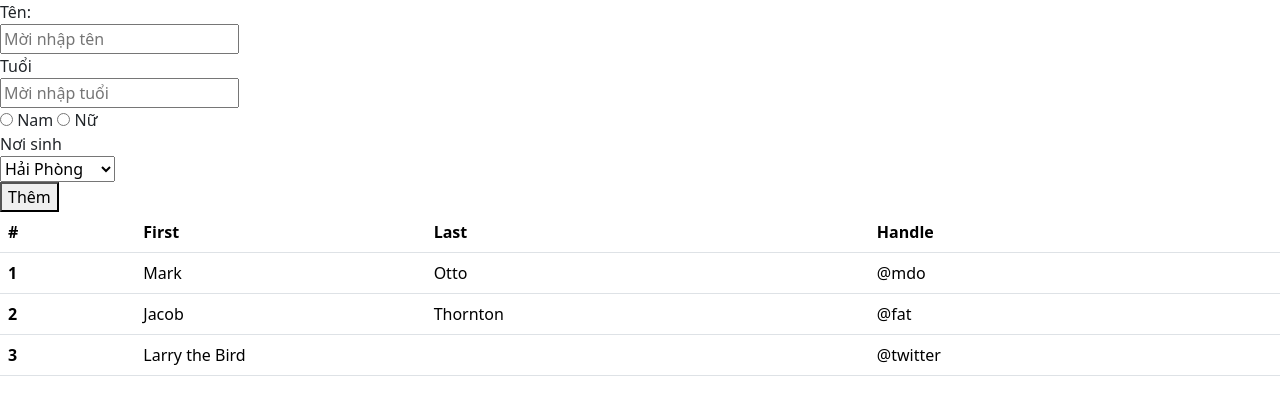
Repository: HieuNT-2001/JAVA-3---SOF203
Page: http://localhost/HocJava4/FormServlet
These files come from the project's save history. The page is drawn as it stood at one moment and after the next save; the edit follows.
The browser window is 1280 px wide. The pictures show the whole page.
The page is served by Tomcat 10. Other server files are loaded and not shown.

Above is the page before, as saved 2024-09-28 04:13:25.

### HocJava4/src/main/webapp/views/Form.jsp
<%@ page language="java" contentType="text/html; charset=UTF-8"
	pageEncoding="UTF-8"%>
<!DOCTYPE html>
<html>
<head>
<meta charset="UTF-8">
<meta name="viewport" content="width=device-width, initial-scale=1">
<title>Insert title here</title>
<link
	href="https://cdn.jsdelivr.net/npm/bootstrap@5.3.3/dist/css/bootstrap.min.css"
	rel="stylesheet"
	integrity="sha384-QWTKZyjpPEjISv5WaRU9OFeRpok6YctnYmDr5pNlyT2bRjXh0JMhjY6hW+ALEwIH"
	crossorigin="anonymous">
</head>
<body>
	<form action="">
		<div>
			<label>Tên:</label>
		</div>

		<div>
			<input placeholder="Mời nhập tên" type="text" name="ten">
		</div>

		<div>
			<label>Tuổi</label>
		</div>

		<div>
			<input placeholder="Mời nhập tuổi" type="number" name="tuoi">
		</div>

		<div>
			<input type="radio" name="gioitinh" value="1"> Nam <input
				type="radio" name="gioitinh" value="2"> Nữ
		</div>

		<div>
			<label>Nơi sinh</label>
		</div>

		<div>
			<select>
				<option value="1">Hải Phòng</option>
				<option value="2">Hà Nội</option>
				<option value="3">Hồ Chí Minh</option>
				<option value="4">Cần Thơ</option>
				<option value="5">Đà Nẵng</option>
			</select>
		</div>

		<button type="submit">Thêm</button>
	</form>

	<table class="table">
		<thead>
			<tr>
				<th scope="col">#</th>
				<th scope="col">First</th>
				<th scope="col">Last</th>
				<th scope="col">Handle</th>
			</tr>
		</thead>
		<tbody>
			<tr>
				<th scope="row">1</th>
				<td>Mark</td>
				<td>Otto</td>
				<td>@mdo</td>
			</tr>
			<tr>
				<th scope="row">2</th>
				<td>Jacob</td>
				<td>Thornton</td>
				<td>@fat</td>
			</tr>
			<tr>
				<th scope="row">3</th>
				<td colspan="2">Larry the Bird</td>
				<td>@twitter</td>
			</tr>
		</tbody>
	</table>

	<script
		src="https://cdn.jsdelivr.net/npm/bootstrap@5.3.3/dist/js/bootstrap.bundle.min.js"
		integrity="sha384-YvpcrYf0tY3lHB60NNkmXc5s9fDVZLESaAA55NDzOxhy9GkcIdslK1eN7N6jIeHz"
		crossorigin="anonymous"></script>
</body>
</html>

### HocJava4/src/main/java/controllers/FormServlet.java
package controllers;

import jakarta.servlet.ServletException;
import jakarta.servlet.annotation.WebServlet;
import jakarta.servlet.http.HttpServlet;
import jakarta.servlet.http.HttpServletRequest;
import jakarta.servlet.http.HttpServletResponse;
import java.io.IOException;

/**
 * Servlet implementation class FormServlet
 */
@WebServlet("/FormServlet")
public class FormServlet extends HttpServlet {
	private static final long serialVersionUID = 1L;

    /**
     * @see HttpServlet#HttpServlet()
     */
    public FormServlet() {
        super();
        // TODO Auto-generated constructor stub
    }

	/**
	 * @see HttpServlet#doGet(HttpServletRequest request, HttpServletResponse response)
	 */
	protected void doGet(HttpServletRequest request, HttpServletResponse response) throws ServletException, IOException {
		// TODO Auto-generated method stub
		request.getRequestDispatcher("views/Form.jsp").forward(request, response);
	}

	/**
	 * @see HttpServlet#doPost(HttpServletRequest request, HttpServletResponse response)
	 */
	protected void doPost(HttpServletRequest request, HttpServletResponse response) throws ServletException, IOException {
		// TODO Auto-generated method stub
		doGet(request, response);
	}

}

After the next save:
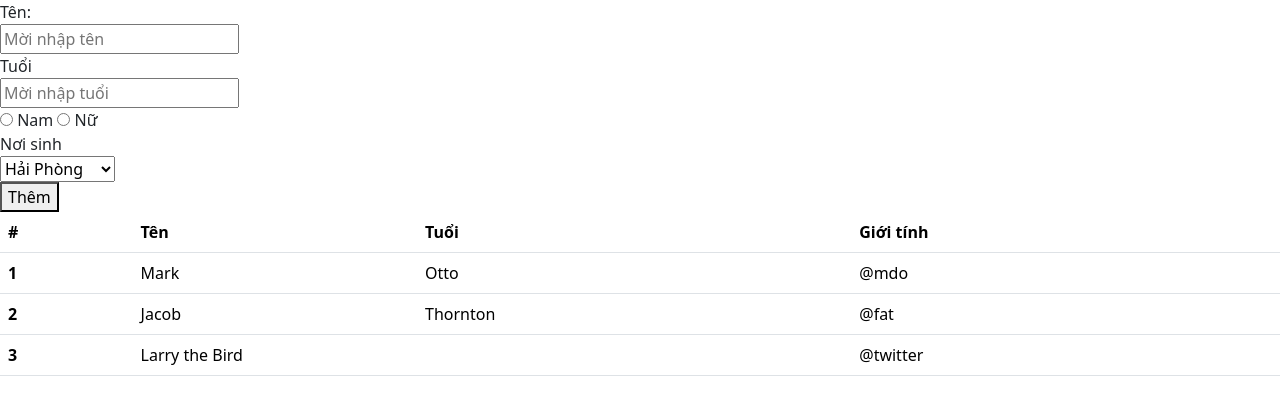
Saved 30 s later.
--- a/HocJava4/src/main/webapp/views/Form.jsp
+++ b/HocJava4/src/main/webapp/views/Form.jsp
@@ -56,9 +56,9 @@
 		<thead>
 			<tr>
 				<th scope="col">#</th>
-				<th scope="col">First</th>
-				<th scope="col">Last</th>
-				<th scope="col">Handle</th>
+				<th scope="col">Tên</th>
+				<th scope="col">Tuổi</th>
+				<th scope="col">Giới tính</th>
 			</tr>
 		</thead>
 		<tbody>
